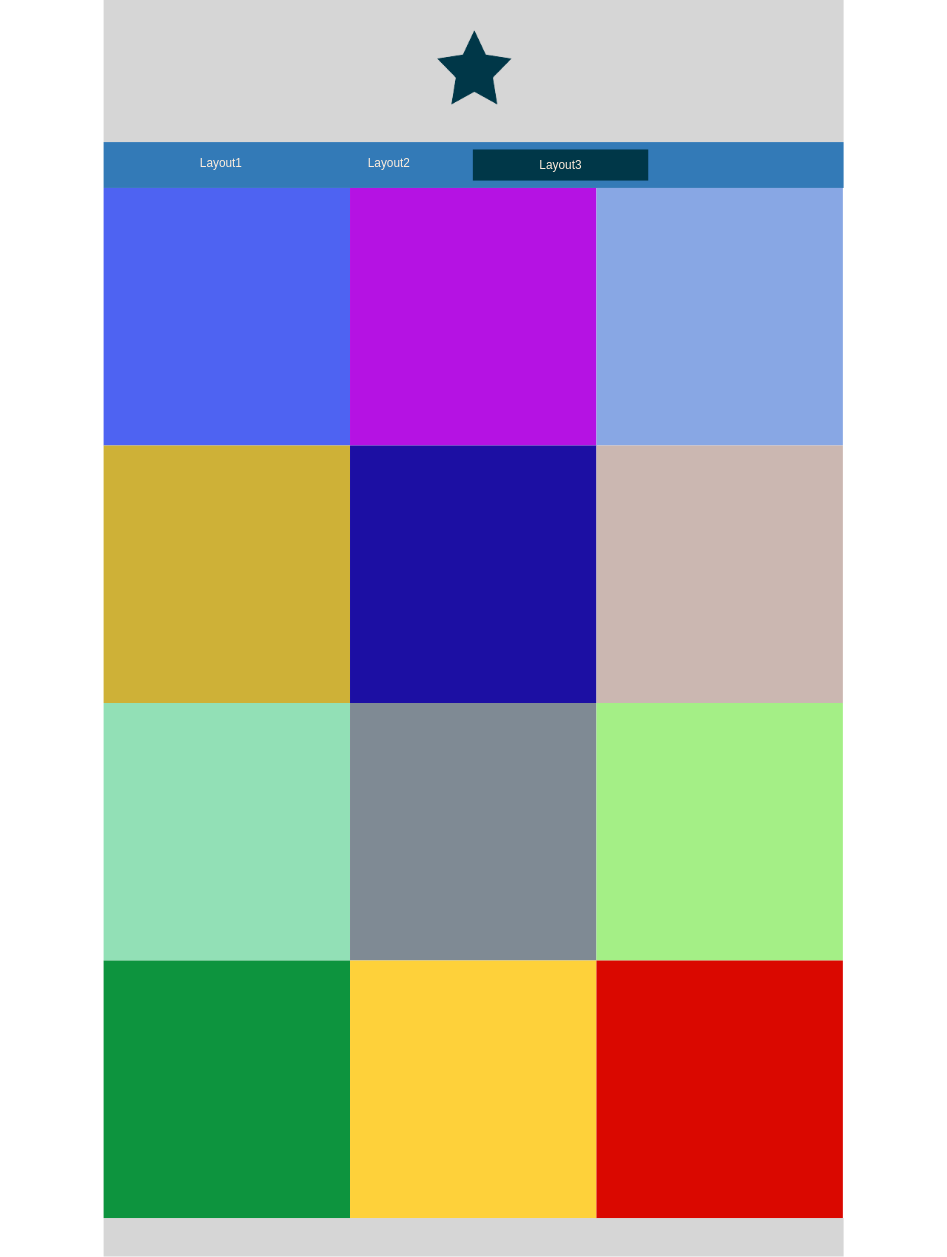
Repository: baliayassin/MyGame
Page: Documents/Aptana Studio 3 Workspace/homeWork2/layOut3.html
The author's editor kept a copy of each file at every save. The page is drawn from the files as they stood at one save, then again after the next save.
The browser window is 1280 px wide. The pictures show the whole page, at 74% of full size.

Above is the page before, as saved 2017-12-13 14:55:46.

After the next save:
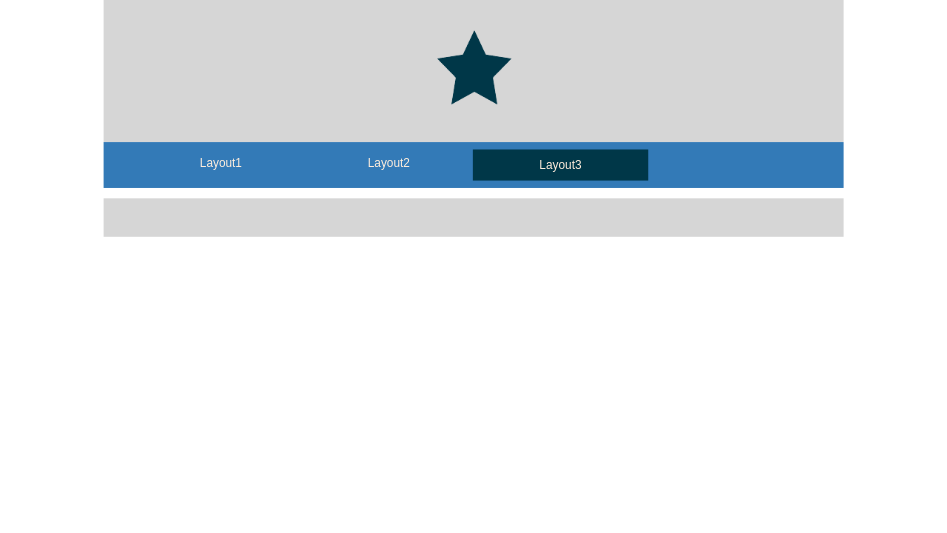
Console error: SyntaxError: missing ) after argument list
Saved 51 s later.
--- a/Documents/Aptana Studio 3 Workspace/homeWork2/includes/main.js
+++ b/Documents/Aptana Studio 3 Workspace/homeWork2/includes/main.js
@@ -41,7 +41,7 @@ function changeStatus(){
         var star=document.createElement("img");
 	    star.style.backgroundImage="url(images/white_star.png)";
 
-	     star.addEventListener("click",function (){
+	     star.addEventListener("click",(function (){
 	     	console.log("balia");
 	     	 if (this.style.opacity == "0"){
 	     	       this.style.opacity = "1";

After the save that followed:
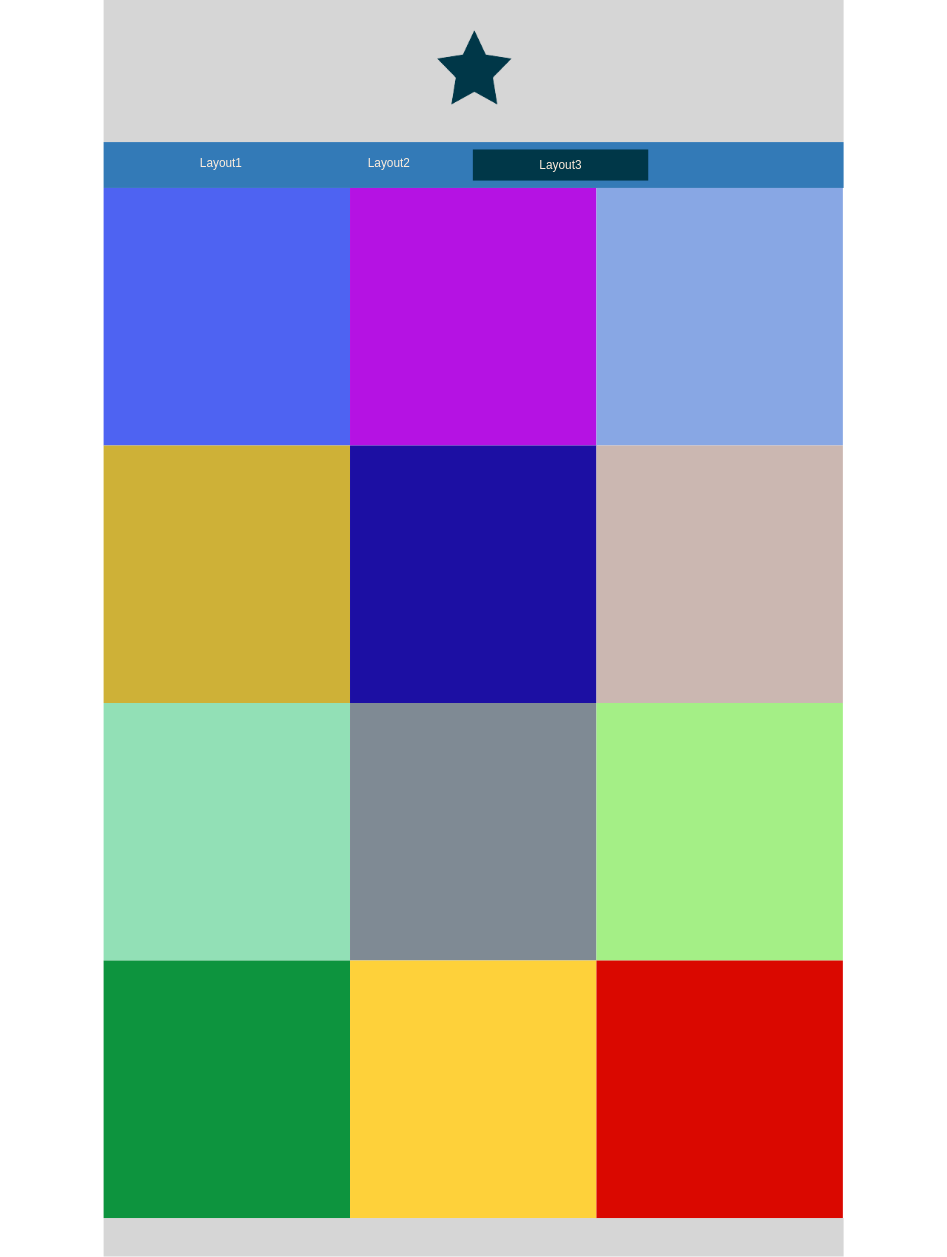
The error is gone.
Saved 13 s later.
--- a/Documents/Aptana Studio 3 Workspace/homeWork2/includes/main.js
+++ b/Documents/Aptana Studio 3 Workspace/homeWork2/includes/main.js
@@ -48,7 +48,7 @@ function changeStatus(){
               }
             else
                  this.style.opacity = "0";
-           });
+           }));
 
 
       // var whiteStar = createStar();
